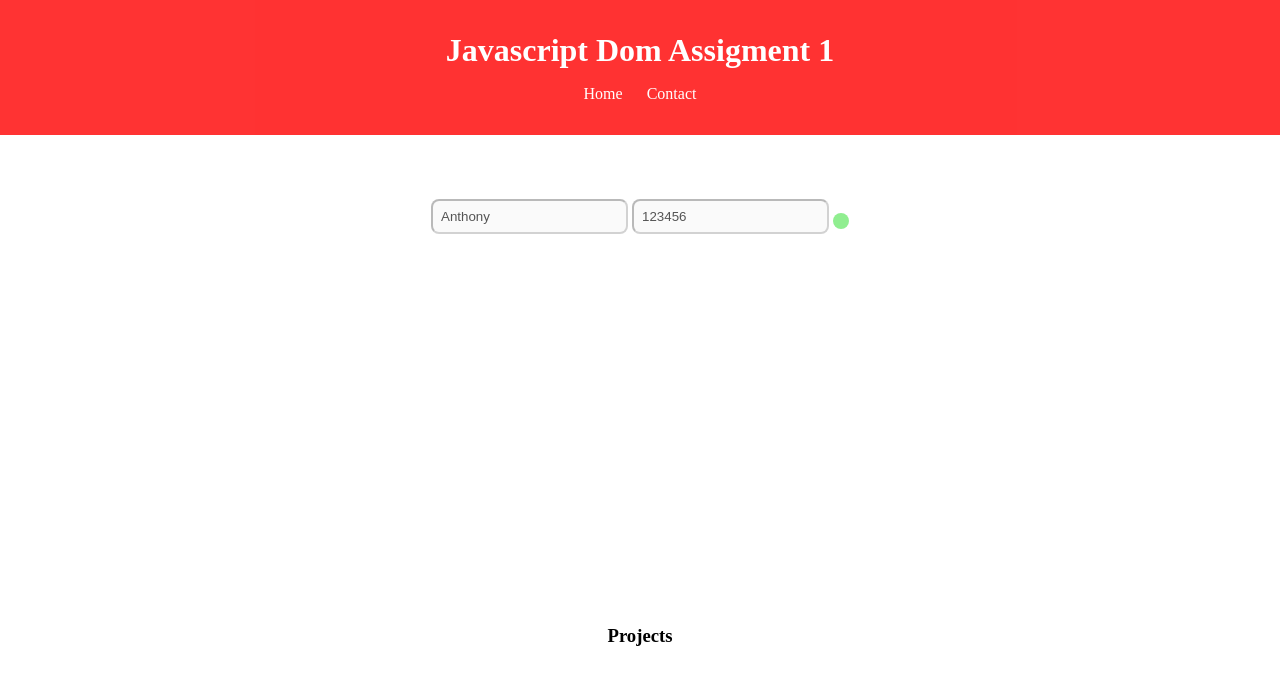
Repository: haakanerol/haakanerol
Page: Js.ass1/index.html
The author's editor kept a copy of each file at every save. The page is drawn from the files as they stood at one save, then again after a run of saves.
The browser window is 1280 px wide. The pictures show the whole page.

Above is the page before, as saved 2024-02-25 16:22:51.

### Js.ass1/index.html
<!DOCTYPE html>
<html lang="en">
<head>
    <meta charset="UTF-8">
    <meta name="viewport" content="width=device-width, initial-scale=1.0">
    <title>Document</title>
    <style>
        * {
            margin: 0;
            padding: 0;
            box-sizing: border-box;
        }
        main {
            display: flex;
            flex-direction: column;
            justify-content: space-between;
            align-items: center;
            height: 80vh;
            padding: 4rem;
        }
    </style>
</head>
<body>
    <header class="header">
        <h1 id="title">aaa</h1>
        <nav>
            <ul class="nav-item">
                <li id="home">Home</li>
                <li>Contact</li>
            </ul>
        </nav>
    </header>
    <main>
        <section>
            <input type="text" id="username">
            <input type="password" id="password">
            <button class="btn">Login</button>
        </section>
        <section id="projects">
            <h3>Projects</h3>
            <ul>
            </ul>
        </section>
    </main>
    <script src="app.js"></script>
</body>
</html>

### Js.ass1/app.js
newHeader = document.querySelector(".header")
newHeader.style.backgroundColor = "red"
newHeader.style.opacity = "0.8"
newHeader.style.color = "white"
newHeader.style.textAlign = "center"
newHeader.style.padding = "2rem"

newTitle = document.getElementById("title")
newTitle.textContent = "Javascript Dom Assigment 1"
newTitle.style.marginBottom = "1rem"

newNavItem = document.querySelector(".nav-item")
newNavItem.style.display = "flex"
newNavItem.style.justifyContent = "center"
newNavItem.style.gap = "1.5rem"
newNavItem.style.listStyle = "none"

newUsername = document.querySelector("#username")
newPassword = document.querySelector("#password")
newUsername.value = "Anthony"
newPassword.value = "123456"
newPassword.type = "number"
newUsername.disabled = "true"
newPassword.disabled = "true"
newUsername.style.padding = ".5rem"
newUsername.style.borderRadius = ".5rem"
newPassword.style.padding = ".5rem"
newPassword.style.borderRadius = ".5rem"

newBtn = document.querySelector(".btn")
newBtn.style.backgroundColor = "lightgreen"
newBtn.style.color = "green"
newBtn.style.padding = " .5rem"
newBtn.style.border = "none"
newBtn.style.borderRadius = ".5rem"
newBtn.style.cursor = "pointer"
newBtn.textContent = ""

After the next 2 saves:
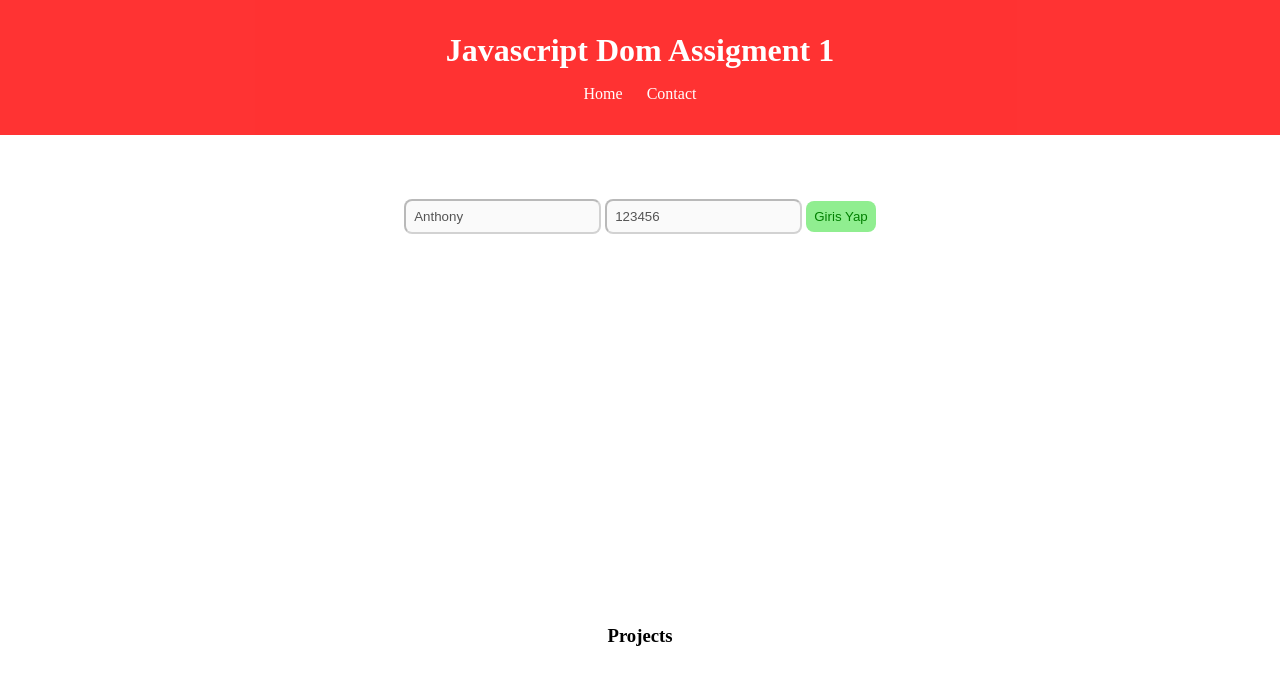
The 2 saves are shown as one change because they came seconds apart.
The last was saved 6 s later.
--- a/Js.ass1/app.js
+++ b/Js.ass1/app.js
@@ -34,4 +34,4 @@ newBtn.style.padding = " .5rem"
 newBtn.style.border = "none"
 newBtn.style.borderRadius = ".5rem"
 newBtn.style.cursor = "pointer"
-newBtn.textContent = ""
+newBtn.textContent = " Giris Yap"
